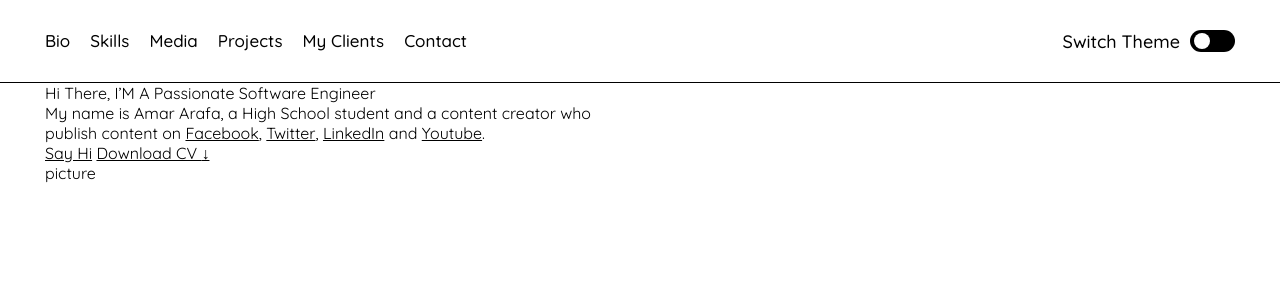
Repository: benarafa1/personal-website
Page: index.html
The author's editor kept a copy of each file at every save. The page is drawn from the files as they stood at one save, then again after the next save.
The browser window is 1280 px wide. The pictures show the whole page.

Above is the page before, as saved 2025-04-12 06:26:20.

After the next save:
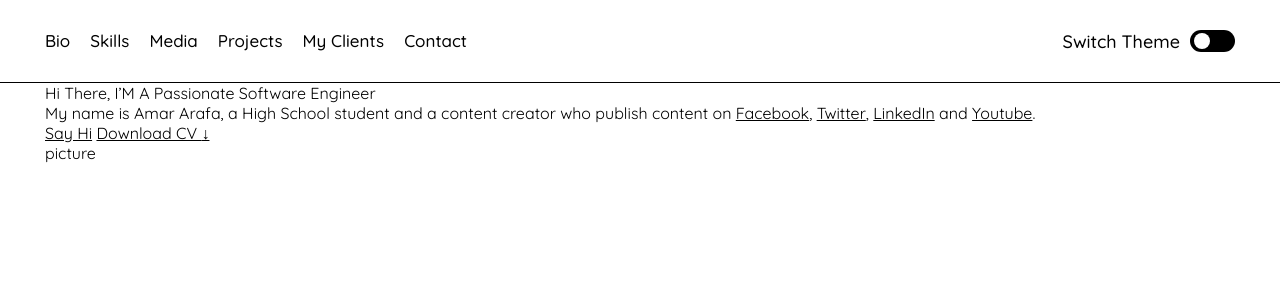
Saved 12 s later.
--- a/style.css
+++ b/style.css
@@ -160,7 +160,7 @@ html {
 }
 /* bio component start */
 .bio {
-  grid-template-columns: repeat(2, 1fr);
+  /* grid-template-columns: repeat(2, 1fr); */
   gap: 7.4rem;
 }
 /* bio component end */
